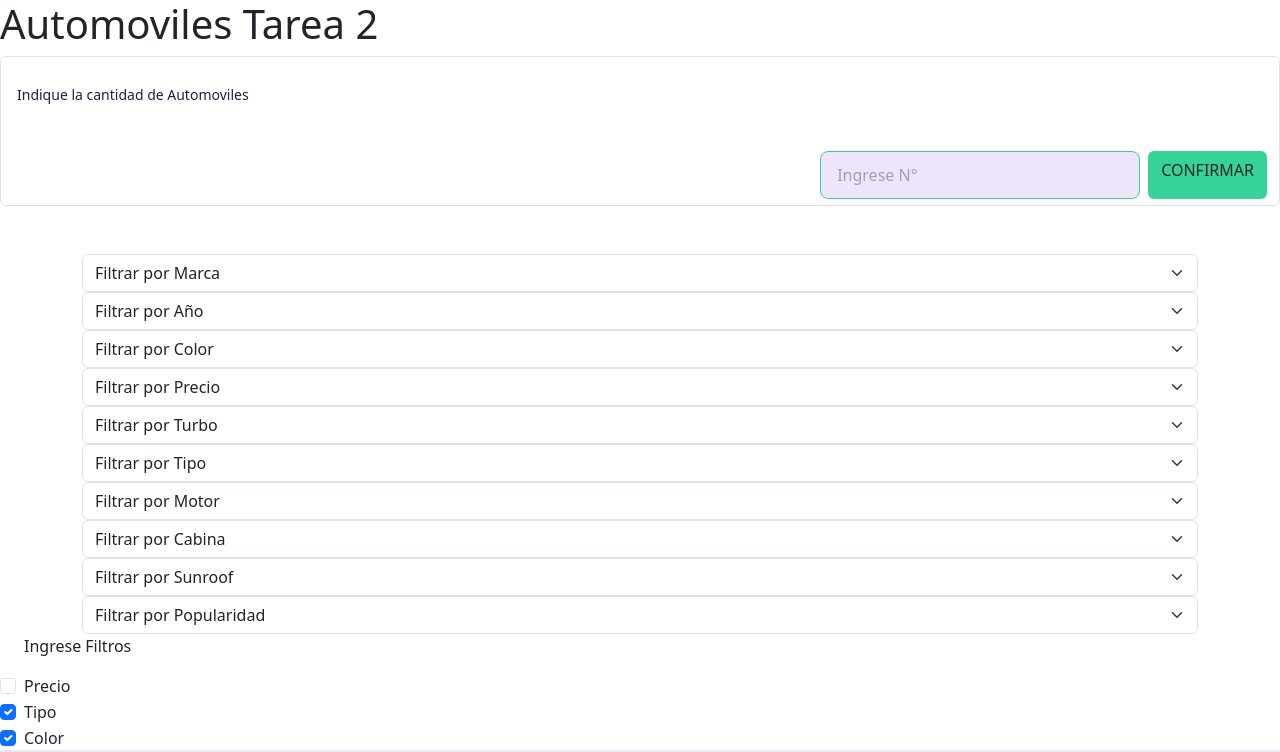
Repository: Claudioxs/Tarea2
Page: /automovil (app in FrontEnd/vue-project/)
The author's editor kept a copy of each file at every save. The page is drawn from the files as they stood at one save, then again after the next save.
The browser window is 1280 px wide. The pictures show the whole page.
The project was rebuilt for these pictures with package versions that can differ from the ones it lists, and the page was loaded fresh each time. Also part of the build but not shown: FrontEnd/vue-project/vite.config.js, FrontEnd/vue-project/src/components/HelloWorld.vue.

Above is the page before, as saved 2023-05-22 23:17:15.

After the next save:
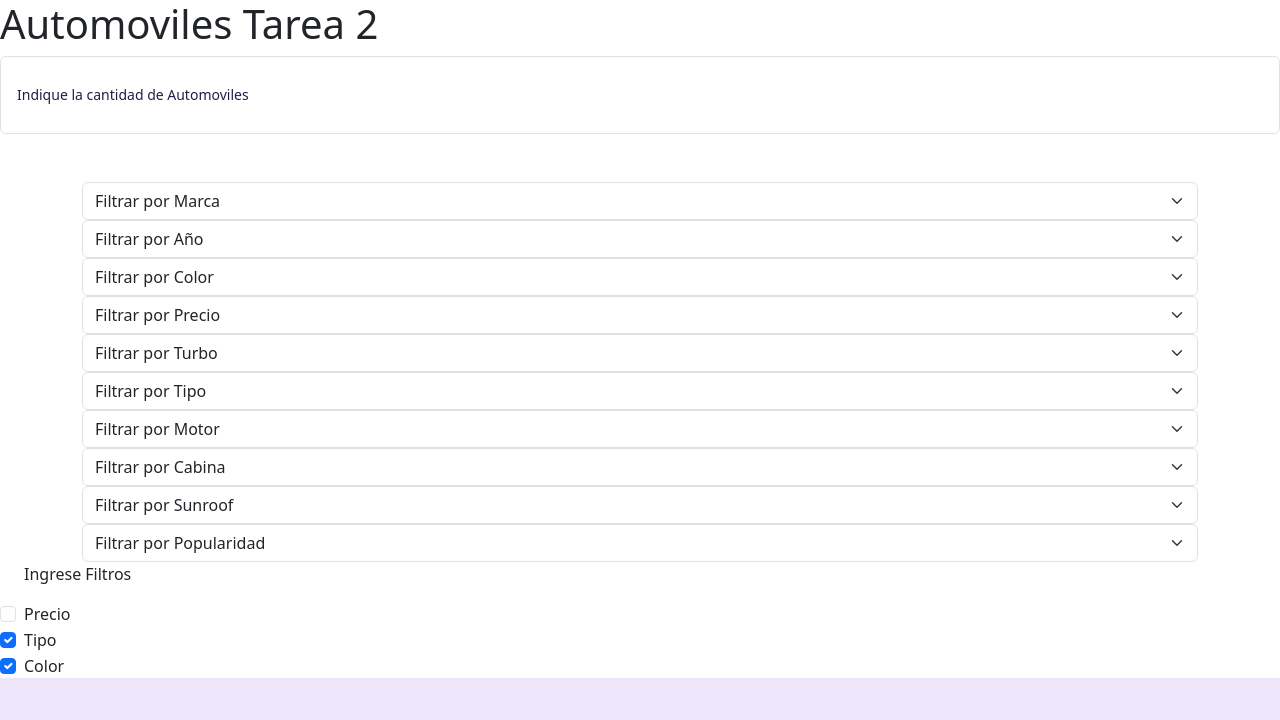
Saved 3 min 41 s later.
--- a/FrontEnd/vue-project/src/views/Automovil.vue
+++ b/FrontEnd/vue-project/src/views/Automovil.vue
@@ -10,7 +10,7 @@
     <br><br>
 
   </label>
- <div class="modal-action"  >
+ <div class="modal"  >
   <input type="number" placeholder="Ingrese N°" class="input input-bordered input-success w-full max-w-xs" />
     <label for="ModalBorrar"  @click="crearAutomovil(label-text)" class="btn" style="background-color: #36D399">Confirmar</label>
   </div>
@@ -112,8 +112,8 @@
    padding-right: 900px;
 
 }
-.modal-action{
-  display: none;
+.modal{
+  display: flex;
 }
 
 

After the save that followed:
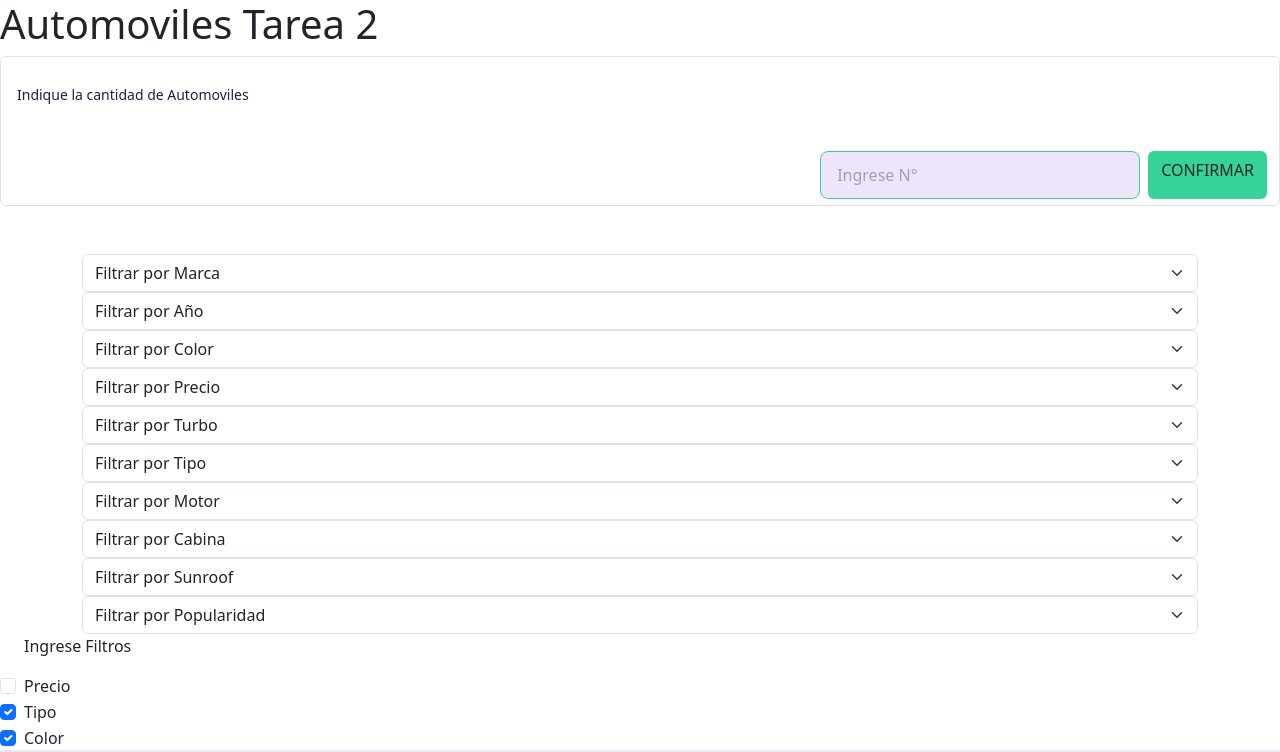
Saved 36 s later.
--- a/FrontEnd/vue-project/src/views/Automovil.vue
+++ b/FrontEnd/vue-project/src/views/Automovil.vue
@@ -10,7 +10,7 @@
     <br><br>
 
   </label>
- <div class="modal"  >
+ <div class="modal-action"  >
   <input type="number" placeholder="Ingrese N°" class="input input-bordered input-success w-full max-w-xs" />
     <label for="ModalBorrar"  @click="crearAutomovil(label-text)" class="btn" style="background-color: #36D399">Confirmar</label>
   </div>
@@ -112,7 +112,7 @@
    padding-right: 900px;
 
 }
-.modal{
+.modal-action{
   display: flex;
 }
 
